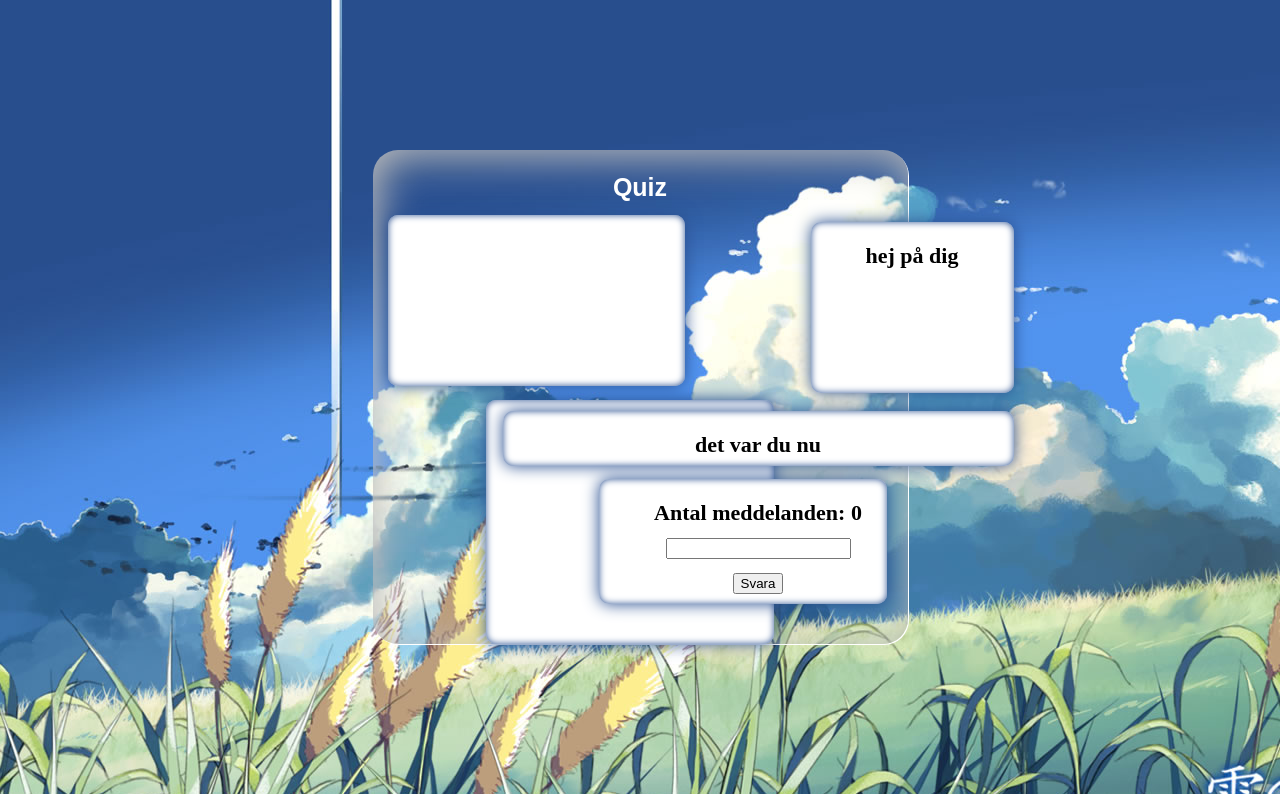
Repository: Marco30/1dv403-laborationer
Page: 4-thequiz/index.html
The author's editor kept a record of every edit. The page is drawn from the files as they stood at one moment, then again after the next edit.
The browser window is 1280 px wide. The pictures show the whole page.
The page's requests for data from a server got no answer.

Above is the page before.

### 4-thequiz/index.html
<!DOCTYPE html>

<html lang="sv">

<head>

	<meta charset="UTF-8" />

 	<title>Quiz</title>

 	<link href="css/style.css" rel="stylesheet" type="text/css">

    <script src="script/quiz.js"></script>


</head>

    <body>

        <div id="inramning"><!--*CSS läger text rutan i mitten-->

             <header><!--titel texten -->
                    <h1>Quiz</h1>
             </header>

           <main> <!--Alla meddelanden ska samlas här   -->

                <div id="textonpage"><!-- Här kommer jag lad in texten  -->

                </div>

                <div id="textruta">

                    <p>
                        <div id="result"> hej på dig </div>
                   </p>

                    <p>
                        <div id="fel">det var du nu </div>
                   </p>

                    <div id="textruta">

                    <p>
                        <label id="antal">Antal meddelanden: 0</label><!--Visar antal meddelanden som finns på sidan -->
                    </p>

                    <p>

                    <input type="text" id="svar"/>

                    <input id="button" type="submit" value="Svara"/><!--Skicka Knapp, Man trycker på för att få upp meddelanden i sidan  -->

                    </p>



                </div>

           </main>

        </div>

    </body>
</html>

### 4-thequiz/css/style.css
 /* http://meyerweb.com/eric/tools/css/reset/
v2.0 | 20110126
License: none (public domain)
*/
html, body, div, span, applet, object, iframe,
h1, h2, h3, h4, h5, h6, p, blockquote, pre,
a, abbr, acronym, address, big, cite, code,
del, dfn, em, img, ins, kbd, q, s, samp,
small, strike, strong, sub, sup, tt, var,
b, u, i, center,
dl, dt, dd, ol, ul, li,
fieldset, form, label, legend,
table, caption, tbody, tfoot, thead, tr, th, td,
article, aside, canvas, details, embed,
figure, figcaption, footer, header, hgroup,
menu, nav, output, ruby, section, summary,
time, mark, audio, video {
margin: 0;
padding: 0;
border: 0;
font-size: 100%;
font: inherit;
vertical-align: baseline;
}
/* HTML5 display-role reset for older browsers */
article, aside, details, figcaption, figure,
footer, header, hgroup, menu, nav, section {
display: block;
}

ol, ul {
list-style: none;
}
blockquote, q {
quotes: none;
}
blockquote:before, blockquote:after,
q:before, q:after {
content: '';
content: none;
}
table {
border-collapse: collapse;
border-spacing: 0;
}

/*Här börjar min CSS */

#inramning
{
width: 535px;
margin: 150px auto;
/*background-color: #41566E;*/
/*border: 2px solid;*/
border-radius: 25px;
box-shadow: 1px 1px 0px 0px #FFF, 5px 5px 40px 2px #BBB inset;
}

header /* skappar rammen längs upp, den som har sidans namn */
{
height: 65px;
}

header H1 /* ger H1 följande egenskaper som alltid är bundna till header div */
{
font-weight: bold;
line-height: 74px;
text-align:center;
 font-family: ‘Lucida Sans Unicode’, ‘Lucida Grande’, sans-serif;
font-size: 25px;
color: #FFF;
}

main
{

    height: auto;
    margin: auto;

}

body
{
line-height: 1;
/*background-color: #EDEDED;*/
background-image: url(../pics/promised.jpg);

}

.newmessage
{
background-color: #FFF;
width: 366px;
height: auto;
padding-top: 23px;
padding-bottom: 10px;
margin: 6px 649px 30px 71px;
    margin-top: 6px;
    margin-right-value: 649px;
    margin-bottom: 30px;
    margin-left-value: 71px;
    margin-left-ltr-source: physical;
    margin-left-rtl-source: physical;
    margin-right-ltr-source: physical;
    margin-right-rtl-source: physical;
word-wrap: break-word;
border-radius: 10px;
    border-top-left-radius: 10px;
    border-top-right-radius: 10px;
    border-bottom-right-radius: 10px;
    border-bottom-left-radius: 10px;
box-shadow: 0px 0px 7px 0px #2A5091 inset, 0px 0px 16px 0px #2A5091;
}

.textinput
{
       margin: 14px 3px 0px 34px;
}

.ikon
{
    margin-left: 455px;
}

.delete
{
       margin: 1px 0px 4px -132px;
width: 17px;
height: auto;
}

.tidikon
{

margin: -50px 19px 4px -155px;
width: 17px;
height: auto;
}

#antal
{
   margin: 14px 3px 0px 34px;
}

#result
{
background-color: #FFF;
width: 203px;
padding-top: 23px;
padding-bottom: 10px;
margin: -163px 649px 28px 325px;
word-wrap: break-word;
border-radius: 10px;
box-shadow: 0px 0px 7px 0px #2A5091 inset, 0px 0px 16px 0px #2A5091;
height: 100px;

font-size: 22px;
text-align: center;
font-weight: bold;
height: 138px;
margin: -201px 649px 28px 325px;
}


#fel
{
  background-color: #FFF;
width: 511px;
height: auto;
padding-top: 23px;
padding-bottom: 10px;
margin: -10px 81px 29px 17px;
word-wrap: break-word;
border-radius: 10px;
box-shadow: 0px 0px 7px 0px #2A5091 inset, 0px 0px 16px 0px #2A5091;

font-size: 22px;
text-align: center;
font-weight: bold;
}

#svar
{

margin: 14px 3px 0px 34px;
}


#button
{
    margin: 14px 3px 0px 34px;
}

#textruta
{
  background-color: #FFF;
width: 288px;
height: auto;
padding-top: 23px;
padding-bottom: 10px;
margin: -16px 649px 30px 113px;
word-wrap: break-word;
border-radius: 10px;
box-shadow: 0px 0px 7px 0px #2A5091 inset, 0px 0px 16px 0px #2A5091;

font-size: 22px;
text-align: center;
font-weight: bold;

}

#textonpage
{
background-color: #FFF;
width: 297px;
padding-top: 23px;
padding-bottom: 10px;
margin: 0px 649px 30px 15px;
word-wrap: break-word;
border-radius: 10px;
box-shadow: 0px 0px 7px 0px #2A5091 inset, 0px 0px 16px 0px #2A5091;
height: 100px;

font-size: 22px;
text-align: center;
font-weight: bold;
vertical-align: middle;
line-height: 90px;
height: 138px;
}

### 4-thequiz/script/quiz.js
"use strict";

var quiz = {

    froga : null, // Variabel som kommer hålla objekten man från server

    xhr1 : new XMLHttpRequest(),// vi skppar ett XMLHttpRequest objekt som får namnet  xhr1

    xhr2 : new XMLHttpRequest(),// vi skppar ett XMLHttpRequest objekt som får namnet  xhr2

    webbfroga : "http://vhost3.lnu.se:20080/question/1",// Variabel som får start webbplatsen där informationen som vi kommer använda finns

    antal : 0,// Kommer hålla antal försök

    forsoktabel: [],// I den här arrayen kommer vi samla alla försök man gjort

    slut : 0, // använd för att texten efter avslutat sepl inte ska visa antal fel och antall försök

    start : function()
    {

        //---------------------Event hanterare som hanterar knapp tryckning--------------------------------

    document.getElementById("button").onclick = function(e)
    {
            e.preventDefault();

            var value = document.getElementById("svar").value;

             //document.getElementById("textonpage").innerHTML = "hej på dig";

            //document.getElementById("textonpage").innerHTML = quiz.froga.nextURL +" " + value;

            quiz.laddarupp(value, quiz.froga.nextURL);

    };


    quiz.laddarner(quiz.webbfroga);

    },

        //---------------------laddar ner frågor--------------------------------

    laddarner : function(http)
    {
       quiz.xhr1.onreadystatechange = function()// Funkar som onclick, men aktiveras när servern skickar till baks information
        {

            if (quiz.xhr1.readyState === 4)// 4 betyder att att information är färdig sickat, den kan nu användas av oss, när datan finns på websidan så startar den här if satsen
            {

                if(quiz.xhr1.status === 200)// // den här if satsen är en säkerhet kontroll, 200 betyder att att överföringen från server till webbsidan gick bra
                {


                quiz.froga =  JSON.parse(quiz.xhr1.responseText);// Omvandlar objekt vi får från servern till en arraye variabel med array funktioner.

                document.getElementById("textonpage").innerHTML = quiz.froga.question; // Läger in texten/information vi fåt från server i webbsidan

                }

            }

        };

            quiz.xhr1.open("GET",http,true);// Här sätter vi inställningar, gör att laddaner eller laddaupp, GET betyder att vi lddarner, http server platsen där informationen vi behöver finns, true betyder asynkront vilket betyder att man kör den utan att störa resten av scriptet

            quiz.xhr1.send(null);//Den här används för att laddar upp information i servern
    },



    laddarupp : function(svar, http)
    {

        //---------------------laddar upp svar--------------------------------

        quiz.xhr2.onreadystatechange = function()// Funkar som onclick, men aktiveras när servern skickar till baks information
        {

            if(quiz.xhr2.readyState === 4)// 4 betyder att att information är färdig sickat, den kan nu användas av oss, när datan finns på websidan så startar den här if satsen
            {
                var frogor2 = JSON.parse(quiz.xhr2.responseText);// Omvandlar objekt vi får från servern till en arraye variabel med array funktioner.

               document.getElementById("svar").value = "";// Noll ställer text rutan där man mattar in svar


                 if(frogor2.message === "Correct answer!")// kontrollerar att man get rätt svar gänom att gemföra meddelandet från servern
                 {

                        if (frogor2.nextURL !== undefined)// om frogor2.nextURL int är undefinde så går vi in i den här if stasen
                        {
                            document.getElementById("fel").innerHTML = ""// Noll ställer fel texte rutan där texten fel visas när man gjort ett fel

                            document.getElementById("antal").innerHTML = ""// Noll ställer texte rutan där texten antal försök visas

                            quiz.forsoktabel.push(quiz.antal);//Sparar anfall försöka man gjort i arrayen forsoktabe

                            quiz.antal = 0;// Noll ställer antal försök innan man läser in nästa fråga

                            quiz.laddarner(frogor2.nextURL);//Läser in nästa fråga genom att ge den nya server plasten där frågan finns
                        }

                        else//Har du fåt rät svar och det var den sita frågan så startar vi den här else satsen, den startas när frogor2.nextURL är undefine, Vilket också betyder att det är slut på frågor
                        {
                            quiz.forsoktabel.push(quiz.antal);//Sparar anfall försöka man gjort i arrayen forsoktabe

                            quiz.antal = 0; // Noll ställer antal försök innan man läser in nästa fråga

                            document.getElementById("textonpage").innerHTML = "Quizen är slut";// lägger in Error text i webbsidan

                            document.getElementById("fel").innerHTML = ""// Noll ställer fel texte rutan där texten fel visas när man gjort ett fel

                            document.getElementById("antal").innerHTML = ""// Noll ställer texte rutan där texten antal försök visas

                            quiz.slut = 1;// fixar bugar med att man kunte trycka på svara knapen och text matades in

                            quiz.resultat();

                        }

                }

                else// Var det fel svar så körs den här else satsen som visar att du svarat fel
                {

                    if(quiz.slut === 0)
                    {
                        document.getElementById("fel").innerHTML = "Du har svar fel på frågan!!!";// lägger in Error text i webbsidan

                        quiz.antal += 1;// räknar antal fel

                    document.getElementById("antal").innerHTML = " Antal försök: " + quiz.antal;// visar antal försök du gjort på frågan
                    }
                    else// fixar fel Som gjorde att man kunde forsetta se att det var fel svar och antal försök man gjort fast spelet var slut.
                    {
                        document.getElementById("fel").innerHTML = ""// Noll ställer fel texte rutan där texten fel visas när man gjort ett fel

                        document.getElementById("antal").innerHTML = ""// Noll ställer texte rutan där texten antal försök visas
                    }
                }
            }
        };

    var serversvar = JSON.stringify({answer: svar});// Här läggs svaret in och omvandlas till ett objekt som kan tass i mot av servern

   quiz.xhr2.open("POST", http, true);// // Här sätter vi inställningar, gör att laddaner eller laddaupp, POST betyder att vi laddar upp, http server platsen där informationen vi ska ladda upp, true betyder asynkront vilket betyder att man kör den utan att störa resten av scriptet

    quiz.xhr2.setRequestHeader("Content-Type", "application/json");// Informerar server att vi använder jason

    quiz.xhr2.send(serversvar);// Skickar upp datan till servern


    },

    //----------------------Resultat på antal försök  -------------------------------

    resultat : function()// Här presenteras försöks tabell
    {
        if(quiz.slut === 1)// Som gjorde att man kunde forsetta matta in text efter att spelet är slut och resultat rutan visade texten fast en det inte fan en fråga
        {

            document.getElementById("result").innerHTML = "Antal försök: ";// Lägger in text i webbsidan

            var m = 1;// visar numer på frågan

            for (var i = 0; i < quiz.forsoktabel.length; i+=1) // Löper igenom arrayen som har sammalt alla försök
            {
                var p = document.createElement("p");//Variabeln p får HTML koden <p>

                p.innerHTML = "Fråga "+ m +": " + quiz.forsoktabel[i];// lägger in information som finns i arrayen i <p> tagarna så att de syns på sidan

                 document.getElementById("result").appendChild(p);// Lägger in den nya HTML koden <p> i <div id = "result"> så att det syns på webbsidan

            m+=1;

            }

        }

        quiz.slut = 2;// fixar fell Som gjorde att man kunde forsetta matta in text efter att spelet är slut och resultat rutan visade texten fast en det inte fan en fråga

    }

};


window.onload = quiz.start;// startar funktionen som har label start när sidan har ladats

After the next edit:
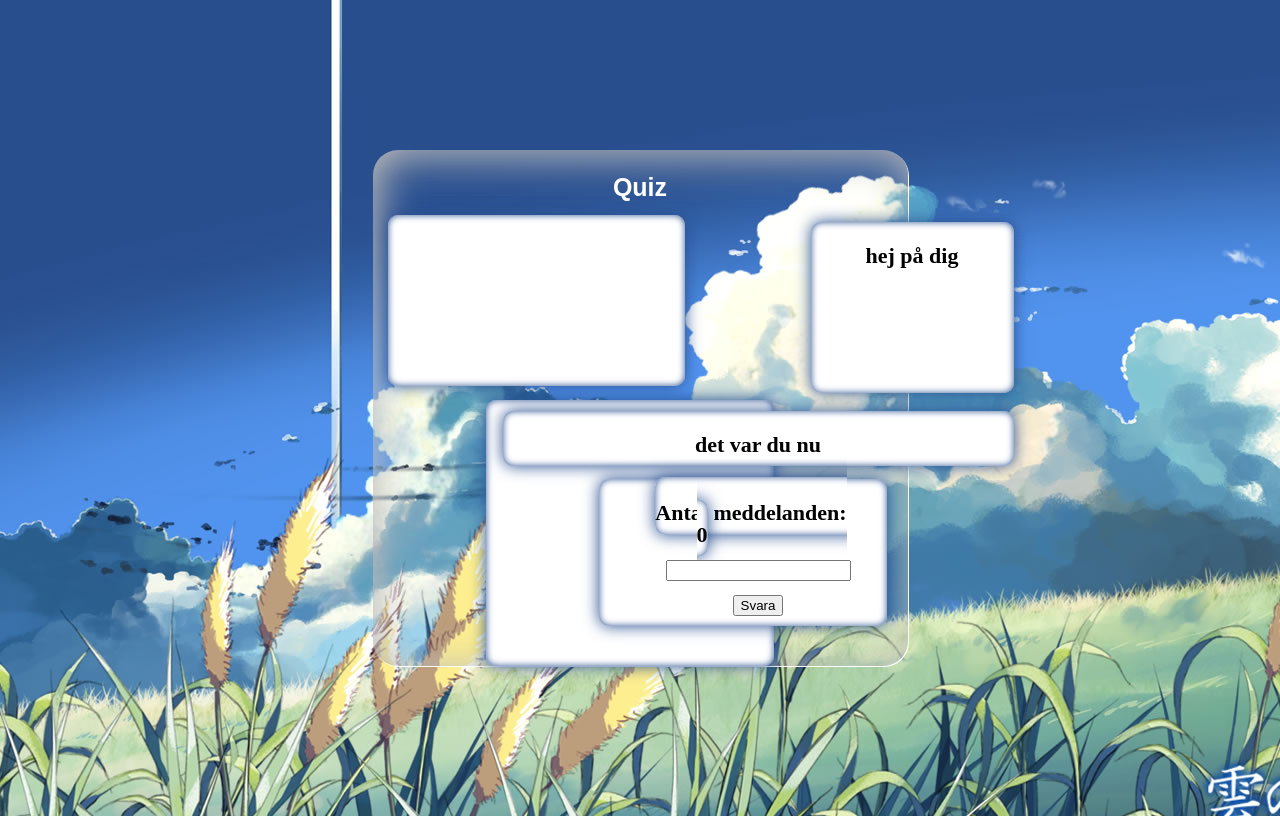
The edit:
--- a/4-thequiz/css/style.css
+++ b/4-thequiz/css/style.css
@@ -179,6 +179,25 @@
 font-weight: bold;
 }
 
+
+#antal
+{
+  background-color: #FFF;
+width: 511px;
+height: auto;
+padding-top: 23px;
+padding-bottom: 10px;
+margin: -10px 81px 29px 17px;
+word-wrap: break-word;
+border-radius: 10px;
+box-shadow: 0px 0px 7px 0px #2A5091 inset, 0px 0px 16px 0px #2A5091;
+
+font-size: 22px;
+text-align: center;
+font-weight: bold;
+}
+
+
 #svar
 {
 
